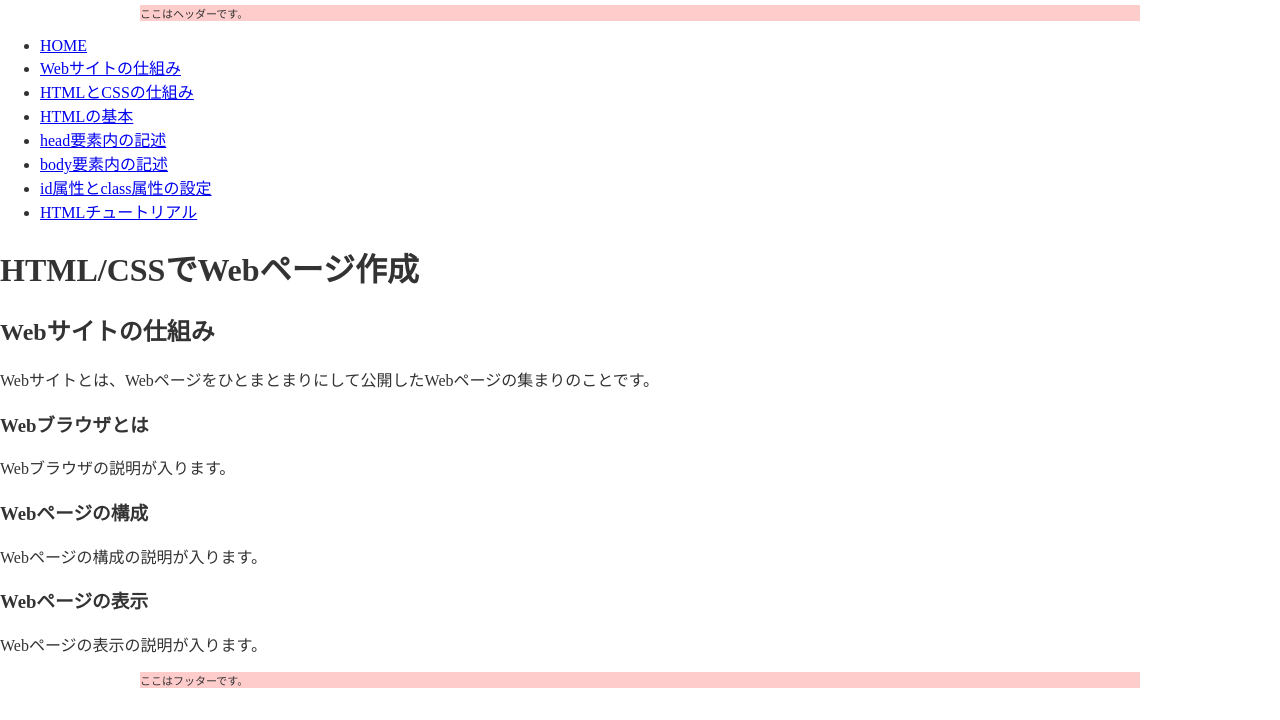
Repository: sugihiro1/test_laravel
Page: kadai_css/kadai_css.html
The author's editor kept a record of every edit. The page is drawn from the files as they stood at one moment, then again after the next edit.
The browser window is 1280 px wide. The pictures show the whole page.

Above is the page before.

After the next edit:
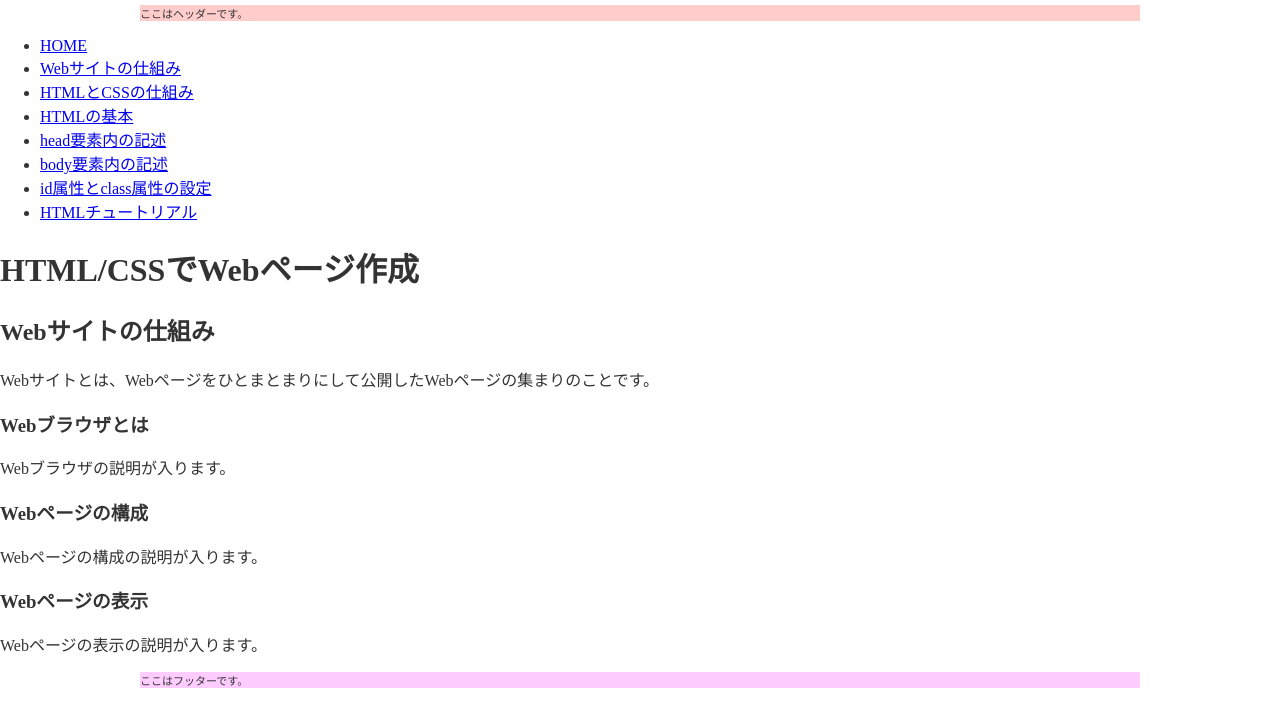
The edit:
--- a/kadai_css/kadai_css.css
+++ b/kadai_css/kadai_css.css
@@ -29,5 +29,5 @@
 
 footer p {
     margin: 5px 0 10px;  /* マージン：上 | 左右 | 下 | */
-    background-color: #ffcccc;
+    background-color: #ffccff;
     font-size: 11px;
